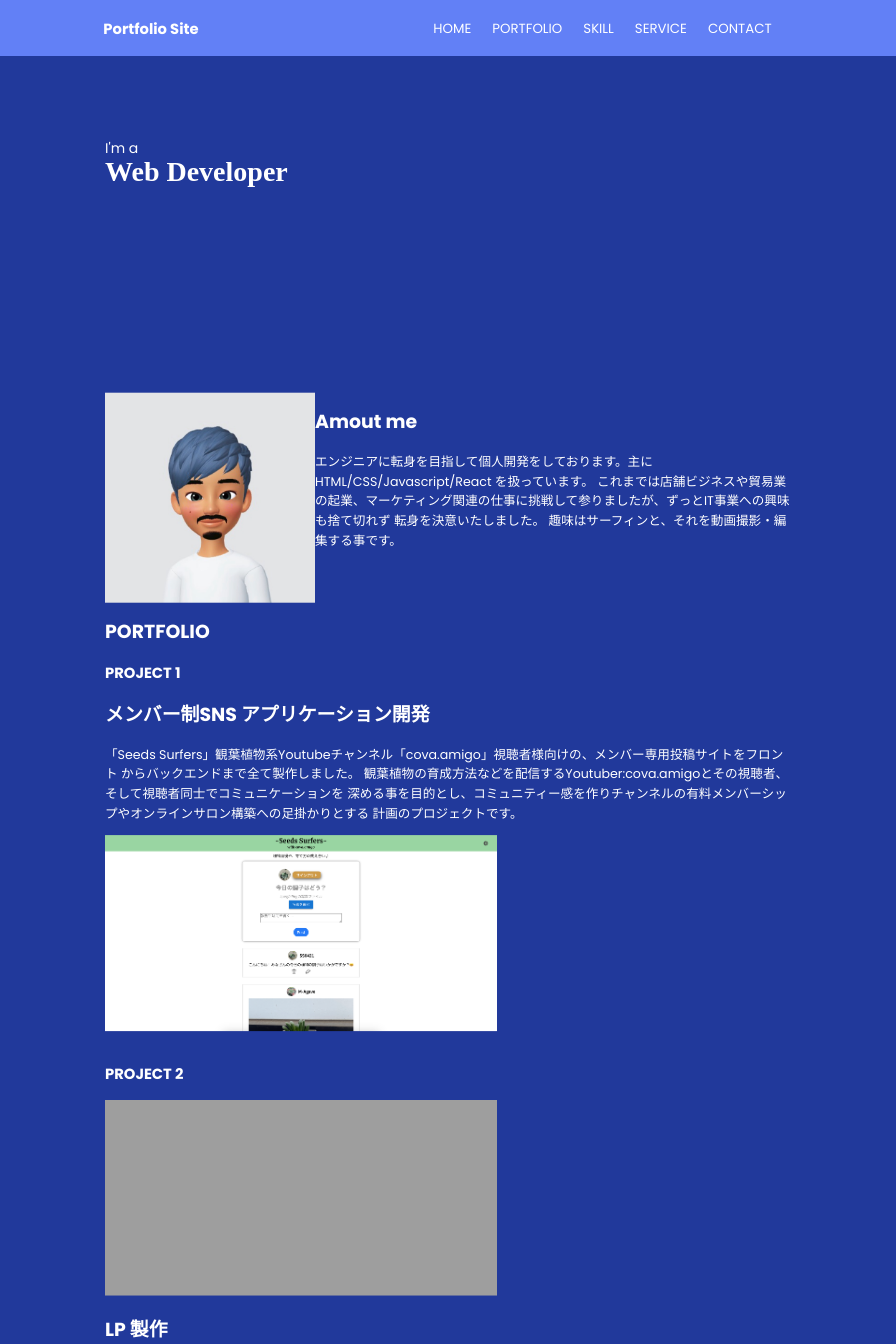
Repository: Seiya00002/my-portfolio-website2
Page: /
These files come from the project's save history. The page is drawn as it stood at one moment and after the next save; the edit follows.
The browser window is 1280 px wide. The pictures show the part of the page from y = 0 to 1920 px (the page is 4065 px tall before and 3995 px after), at 70% of full size.
Pictures or frames that could not be fetched are drawn as grey boxes. Some web fonts or font styles are not loaded; a fallback is used. The project was rebuilt for these pictures with package versions that can differ from the ones it lists, and the page was loaded fresh each time.

Above is the page before, as saved 2023-09-24 08:00:53.

### src/index.css
body {
  margin: 0;
  font-family: -apple-system, BlinkMacSystemFont, 'Segoe UI', 'Roboto', 'Oxygen',
    'Ubuntu', 'Cantarell', 'Fira Sans', 'Droid Sans', 'Helvetica Neue',
    sans-serif;
  -webkit-font-smoothing: antialiased;
  -moz-osx-font-smoothing: grayscale;
  background-color: rgb(33, 57, 155);
}

code {
  font-family: source-code-pro, Menlo, Monaco, Consolas, 'Courier New',
    monospace;
}

### src/App.tsx
import React from 'react';
import logo from './logo.svg';
import './App.css';
import Header from './Components/Header';
import Homepage from './Components/Homepage';
import Footer from './Components/Footer';

function App() {
  return (
    <div className="App">
      <Header />
      <Homepage />
      <Footer />
    </div>
  );
}

export default App;

### src/App.css
@import url('https://fonts.googleapis.com/css2?family=Dela+Gothic+One&family=Poppins:wght@300;400;500;600;700&display=swap');


.App {
  align-items: center;
  font-size: 18px;
  height: 100vh;
  width: 100%;
}

h1, h2, h3, p, a, label {
  color: white;
  font-family: 'Poppins', sans-serif;
}

.header {
  height: 80px;
  display: flex;
  justify-content: space-around;
  align-items: center;
  width: 100%;
  color: white;
  position: fixed;
  background-color: rgb(98, 128, 246);
  z-index: 10;
}

nav ul li {
  list-style: none;
  display: inline-block;
  margin-right: 30px;
}

nav ul li a {
  font-size: 19px;
  color: white;
  text-decoration: none;
  transition: all 0.2s;
}

nav ul li a:hover {
  color: rgb(36, 89, 250);
}

.container {
  padding: 150px;
}

.title {
  position: relative;
  padding-bottom: 150px;
}

.title p{
  font-size: 20px;
  position: absolute;
}

.title h1{
  font-family: 'Dela Gothic One', cursive;
  font-size: 40px;
  padding: 45px 0;
}

#about-me {
  display: flex;
  width: 100%;
  margin-top: 70px;
}

.about-me img {
  height: 300px;
  width: 300px;
}

.left-contents img {
  width: 560px;
  height: 280px;
}

.tech-icon {
  width: 80px;
  height: 80px;
}

.tech-icon img {
  width: 100%;
  height: 100%;

}

.skill-section {
  display: flex;
}

.service-title img {
  width: 50px;
  height: 50px;
}

#contact {
  background: rgb(113, 135, 246);
  border-radius: 10px;
}

.footer {
  height: 110px;
  width: 100%;
  justify-content: center;
  align-items: center;
  background-color: rgb(113, 135, 246);
  border-top: rgb(196, 204, 244);
}

.footer p {
  text-align: center;
  padding-top: 40px;
  font-size: small;
}

### src/Components/Header.tsx
import React from 'react'

const Header = () => {
  return (
    <div className='header'>
        <h3>Portfolio Site</h3>
        <nav>
            <ul>
                <li>
                    <a href='#top'>HOME</a>
                </li>
                <li>
                    <a href='#portfolio'>PORTFOLIO</a>
                </li>
                <li>
                    <a href='#skill'>SKILL</a>
                </li>
                <li>
                    <a href='#service'>SERVICE</a>
                </li>
                <li>
                    <a href='#contact'>CONTACT</a>
                </li>
            </ul>
        </nav>
    </div>
  )
}

export default Header

### src/Components/Homepage.tsx
import React from 'react'

const Homepage = () => {
  return (
    <div className='container'>
        <div className='title'>
            <p>I'm a</p>
            <h1>Web Developer</h1>
        </div>
        <div className='about-me' id='about-me'>
            <img src='/image/m-drawing.jpg' alt='profile-image' />
            <div className='right-contents'>
                <h2>Amout me</h2>
                <p>エンジニアに転身を目指して個人開発をしております。主にHTML/CSS/Javascript/React を扱っています。
                これまでは店舗ビジネスや貿易業の起業、マーケティング関連の仕事に挑戦して参りましたが、ずっとIT事業への興味も捨て切れず
                転身を決意いたしました。
                趣味はサーフィンと、それを動画撮影・編集する事です。</p>
            </div>
        </div>

        <div id='portfolio'>
            <h2>PORTFOLIO</h2>
            <div className='project'>
                <div className='left-contents'>
                    <h3>PROJECT 1</h3>
                    <h2>メンバー制SNS アプリケーション開発</h2>
                    <p>「Seeds Surfers」観葉植物系Youtubeチャンネル「cova.amigo」視聴者様向けの、メンバー専用投稿サイトをフロント
                        からバックエンドまで全て製作しました。
                        観葉植物の育成方法などを配信するYoutuber:cova.amigoとその視聴者、そして視聴者同士でコミュニケーションを
                        深める事を目的とし、コミュニティー感を作りチャンネルの有料メンバーシップやオンラインサロン構築への足掛かりとする
                        計画のプロジェクトです。
                    </p>
                    <img src='/image/seeds-surfers-image.png'
                    alt='Seeds-Surfers-image'
                    />
                </div>
                <img src='' alt=''/>
            </div>
            <div className='project'>
                <div className='left-contents'>
                    <h3>PROJECT 2</h3>
                    <img src='/image/seeds-surf-lp-image.png'
                    alt='Seeds-Surf-lp-image'
                    />
                    <h2>LP 製作</h2>
                    <p>私自身の個人事業の、植物専門輸入事業「Seeds Surf」の宣伝LPを製作し運用しております。具体的なコストがすぐに
                        見えずらく売上に中々結び付かない課題を解消すべく、すぐにコストを試算できる機能を実装し、分かり易いコスト
                        提示にて顧客注文増加を目指しております。
                    </p>
                </div>
                <img src='' alt=''/>
            </div>
            <div className='project'>
                <div className='left-contents'>
                    <h3>PROJECT 3</h3>
                    <img src='/image/youtube-image.png'
                    alt='movie-project-image'
                    />
                    <h2>動画製作</h2>
                    <p>Youtubeチャンネルを立ち上げから、撮影、編集、分析を含む運営を約2年間行いました。チャンネル登録者は約8千人、
                        販売売上80%増を達成しました。ニッチな分野のジャンルで、無名の状態から業界では知られた存在となり、人気を
                        獲得し売り上げにつながりました。テレビ風の面白おかしい、サボテン系植物の解説系動画チャンネルです。
                    </p>
                </div>
                <img src='' alt=''/>
            </div>

        </div>

        <div id='skill'>
            <h2>SKILL</h2>
            <div className='skill-section'>
                <div className='tech-icon'>
                    <img src='/image/html-5-icon.svg' />
                    <p>HTML</p>
                </div>
                <div className='tech-icon'>
                    <img src='/image/css-3-icon.svg' />
                    <p>CSS</p>
                </div>
                <div className='tech-icon'>
                    <img src='/image/javascript-icon.svg' />
                    <p>Javascript</p>
                </div>
                <div className='tech-icon'>
                    <img src='/image/react-icon.svg' />
                    <p>React.JS</p>
                </div>
                <div className='tech-icon'>
                    <img src='/image/typescript-icon.svg' />
                    <p>Typescript</p>
                </div>
                <div className='tech-icon'>
                    <img src='/image/firebase-icon.svg' />
                    <p>Firebase</p>
                </div>
                <div className='tech-icon'>
                    <img src='/image/nodejs-icon.svg' />
                    <p>Node.JS</p>
                </div>
                <div className='tech-icon'>
                    <img src='/image/adobe-premiere-icon.svg' />
                    <p>Adobe preiere pro</p>
                </div>
            </div>
        </div>

        <div id='service'>
            <h2>SERVICE</h2>
            <div className='service-description'>
                <div className='service-box'>
                    <div className='service-title'>
                        <img src='/image/memo-app-icon.svg' />
                        <h2>Web Application 開発</h2>
                    </div>
                    <p>Javascript, React.js を用いたSNS等のWEBアプリケーションの開発</p>
                </div>
                <div className='service-box'>
                <div className='service-title'>
                        <img src='/image/memo-app-icon.svg' />
                        <h2>Website 開発</h2>
                    </div>
                    <p>Javascriptを用いた機能付きのWebサイトや、React.jsによる本格的なWebサイトをHTML,CSSの編集を含めご対応いたします。</p>
                </div>
                <div className='service-box'>
                <div className='service-title'>
                        <img src='/image/memo-app-icon.svg' />
                        <h2>Web Marketing support</h2>
                    </div>
                    <p>LP製作から、Web広告、SNS運用、そしてマーケティング戦略立案をサポートいたします。</p>
                </div>
                <div className='service-box'>
                <div className='service-title'>
                        <img src='/image/memo-app-icon.svg' />
                        <h2>動画製作</h2>
                    </div>
                    <p>Youtube, SNS向け動画製作の企画、撮影、編集作業を行なっております。Adobe premiere pro, filmoraソフトご対応しております。</p>
                </div>
            </div>
        </div>
        <div id='contact'>
            <h2>CONTACT</h2>
            <div className='contact-section'>
                <form>
                    <label>
                        名前:
                        <input
                            type='text'
                            required
                        />
                    </label>
                    <label>
                        Email:
                        <input
                            type='text'
                            required
                        />
                    </label>
                    <label>
                        メッセージ:
                        <textarea

                            required
                        ></textarea>
                    </label>
                    <button type='submit'>送信</button>
                </form>
            </div>
        </div>

    </div>
  )
}

export default Homepage

### src/Components/Footer.tsx
import React from 'react'

const Footer = () => {
  return (
        <div className='footer'>
            <p>CopyRight@Matsumoto</p>
        </div>  )
}

export default Footer

Loaded but not shown: public/index.html (common file); src/index.tsx (common file); src/reportWebVitals.ts (common file)

After the next save:
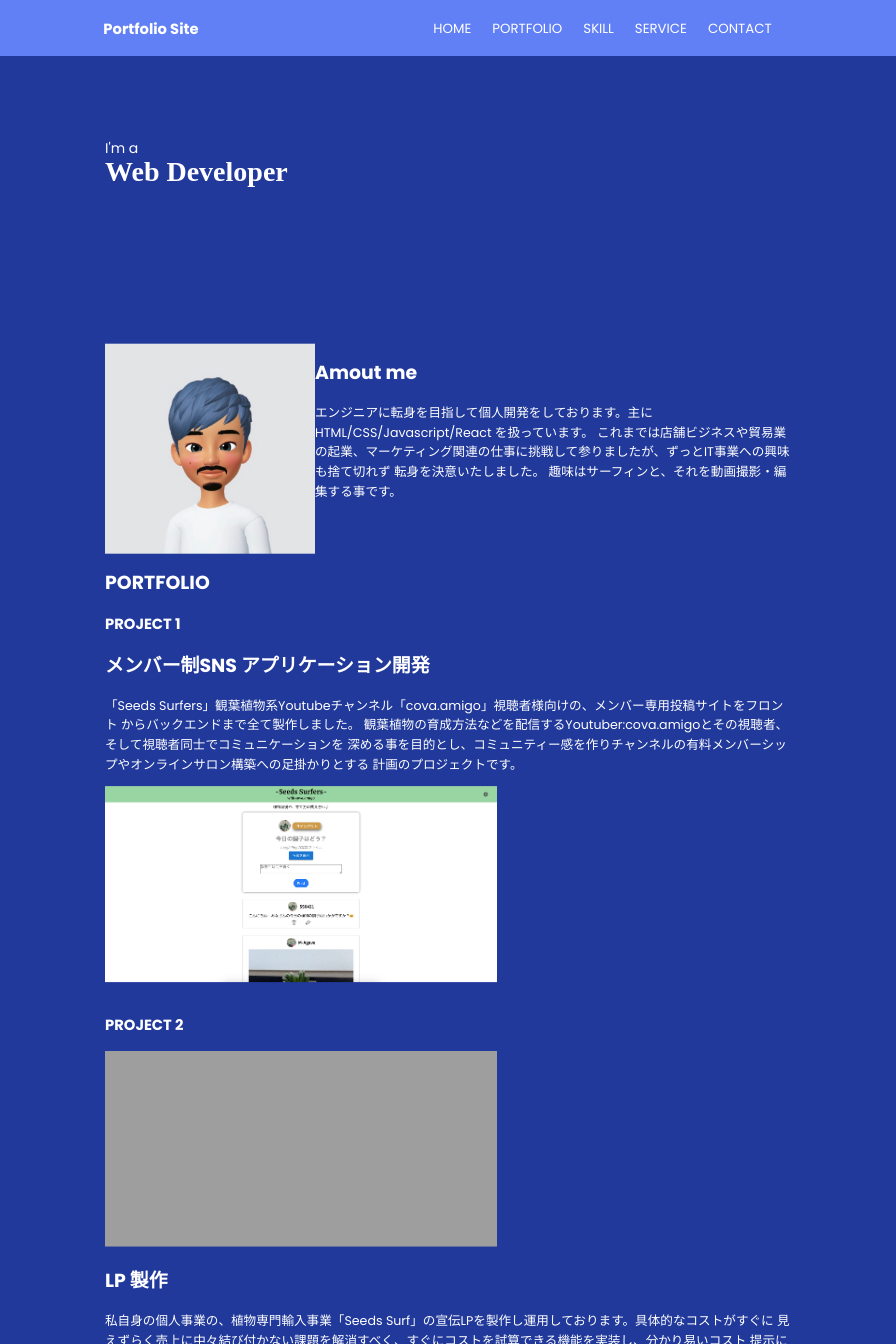
Saved 15 s later.
--- a/src/App.css
+++ b/src/App.css
@@ -65,7 +65,6 @@
 #about-me {
   display: flex;
   width: 100%;
-  margin-top: 70px;
 }
 
 .about-me img {
